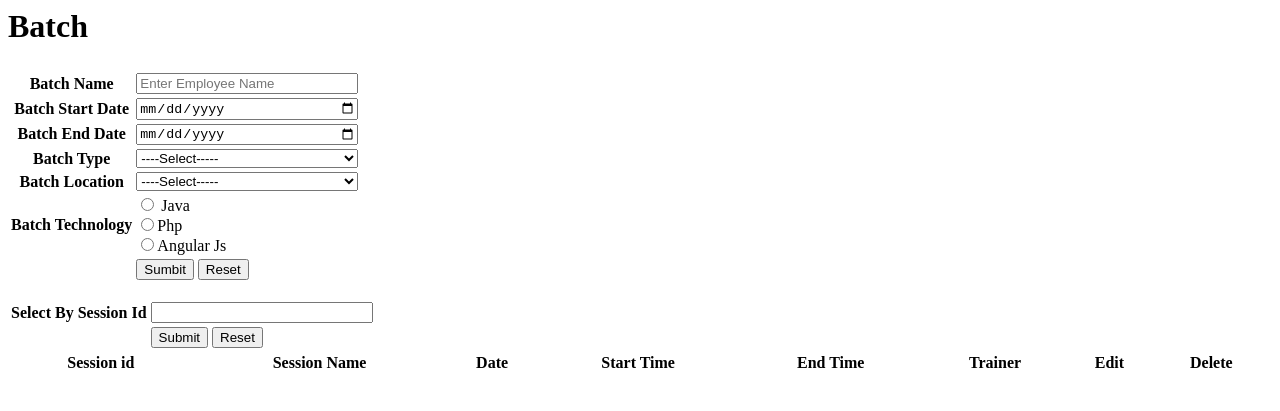
Repository: Dipak27/Dipak-s-front-end
Page: http://localhost/Traning_Management/batchcreate.jsp
These files come from the project's save history. The page is drawn as it stood at one moment and after the next save; the edit follows.
The browser window is 1280 px wide. The pictures show the whole page.
The page is served by Tomcat 9. Other server files are loaded and not shown.

Above is the page before, as saved 2016-11-10 04:43:38.

### Training Management Project/Traning_Management/src/main/webapp/batchcreate.jsp
	<!-- CONTENTS START -->

		<div class="container_24">
			<div class="grid_24">

				<div class="contents">

					<div class="padding_20">
						<h1>Batch</h1>
					</div>
						<div class="grid_6 alpha">

								<div class="padding_20 text-justify" ng-controller="">
									<form ng-submit="myMethod()">
									<table class="form-table" style="width:auto">


                        					<tr>
                        						<td><input type="hidden" ng-model="batch.batchId"></td>
                        					</tr>
                        					<tr>
												<th>
														Batch Name
												</th>
												<td>
													<input id="batchname" type="text"  class="validate[required]" ng-model="employee.empName" style="width:120%" placeholder="Enter Employee Name" value=""  />
												</td>

											</tr>

												<tr>
												<th>
														Batch Start Date
												</th>
												<td>
													<input id="batchstartdate" type="date"  class="validate[required]" ng-model="employee.empEmailId" style="width:120%" placeholder="Enter new email id" value=""  />
												</td>

											</tr>
												<tr>
												<th>
														Batch End Date
												</th>
												<td>
													<input id="batchenddate" type="date"  class="validate[required]" ng-model="employee.empEmailId" style="width:120%" placeholder="Enter new email id" value=""  />
												</td>

											</tr>

										<tr>
											<th>
												Batch Type
											</th>
											<td>
												<select id="select1"  class="validate[required]" ng-model="employee.empLocation" style="width:120%"  >
													<option value="null">----Select-----</option>
                                        			<option value="Technical">Technical</option>
                                        			<option value="softskill">Soft Skill</option>

												</select>
											</td>
										</tr>
										<tr>
											<th>
												Batch Location
											</th>
											<td>
												<select id="select1"  class="validate[required]" ng-model="employee.empLocation" style="width:120%"  >
													<option value="null">----Select-----</option>
                                        			<option value="pune">Pune</option>
                                        			<option value="hyderabad">Hyderabad</option>
                                        			<option value="gandhinagar">Gandinagar</option>

												</select>
											</td>
										</tr>
										<tr>
												<th>
														Batch Technology
												</th>
												<td>
													<input type="radio" name="technology" value="java"> Java<br>
  													<input type="radio" name="technology" value="php">Php<br>
  													<input type="radio" name="technology" value="angularjs">Angular Js<br>
												</td>

											</tr>
										<tr>
											<th>
												&nbsp;
											</th>
											<td>
												<input id="Submit1" type="submit" value="Sumbit"  />
												<input id="Reset1" type="reset" value="Reset" onclick="this.form.clear();" />
											</td>
										</tr>

									</table>
								</form>
							</div>

						</div>

						<div class="grid_28 omega">

							<div class="padding_20 text-justify" ng-controller="">
								<form id="frmMain"  class="frmMain" action="#" method="post">
									<table class="form-table" style="width:auto">

											<tr>
												<th>
													Select By Session Id
												</th>
												<td><input type="text" class="validate[required]" name="title" style="width:120%" value=""></td>

											</tr>

										<tr>
											<th>
												&nbsp;
											</th>
											<td>
												<input id= "Submit1" type="submit" value="Submit"/>
												<input id="Reset1" type="reset" value="Reset" onclick="this.form.clear();" />
										</td>
										</tr>


												<table border='0' width='100%' class='table11'>
												<tr>
														<th>Session id</th>
														<th>Session Name</th>
														<th>Date</th>
														<th>Start Time</th>
														<th>End Time</th>
														<th>Trainer</th>
														<th>Edit</th>
														<th>Delete</th>

												</tr>


													<tr>

														<td></td>
														<td></td>
														<td></td>
														<td></td>
														<td></td>
														<td></td>
														<td></td>
														<td></td>


														</tr>

												     </table>

												<script type='text/javascript'>alert('Records Not Found')</script>

									</table>
								</form>
							</div>

						</div>


					<div class="clear"></div>
				</div>
			</div>
		</div>
		<div class="clear"> </div>

		<!-- CONTENTS END -->

After the next save:
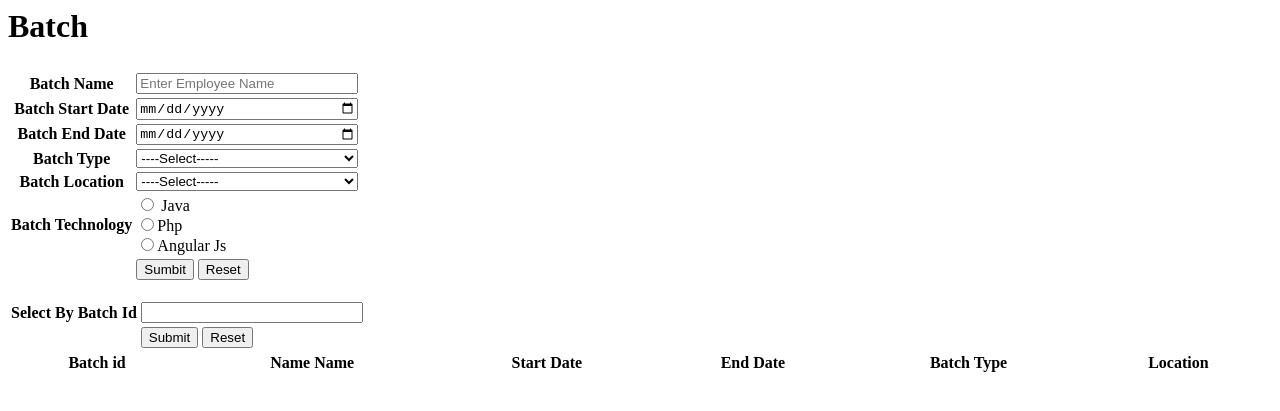
Saved 73 s later.
--- a/Training Management Project/Traning_Management/src/main/webapp/batchcreate.jsp
+++ b/Training Management Project/Traning_Management/src/main/webapp/batchcreate.jsp
@@ -109,7 +109,7 @@
 
 											<tr>
 												<th>
-													Select By Session Id
+													Select By Batch Id
 												</th>
 												<td><input type="text" class="validate[required]" name="title" style="width:120%" value=""></td>
 
@@ -128,22 +128,19 @@
 
 												<table border='0' width='100%' class='table11'>
 												<tr>
-														<th>Session id</th>
-														<th>Session Name</th>
-														<th>Date</th>
-														<th>Start Time</th>
-														<th>End Time</th>
-														<th>Trainer</th>
-														<th>Edit</th>
-														<th>Delete</th>
+														<th>Batch id</th>
+														<th>Name Name</th>
+														<th>Start Date</th>
+														<th>End Date</th>
+														<th>Batch Type</th>
+														<th>Location</th>
 
 												</tr>
 
 
 													<tr>
 
-														<td></td>
-														<td></td>
+
 														<td></td>
 														<td></td>
 														<td></td>
